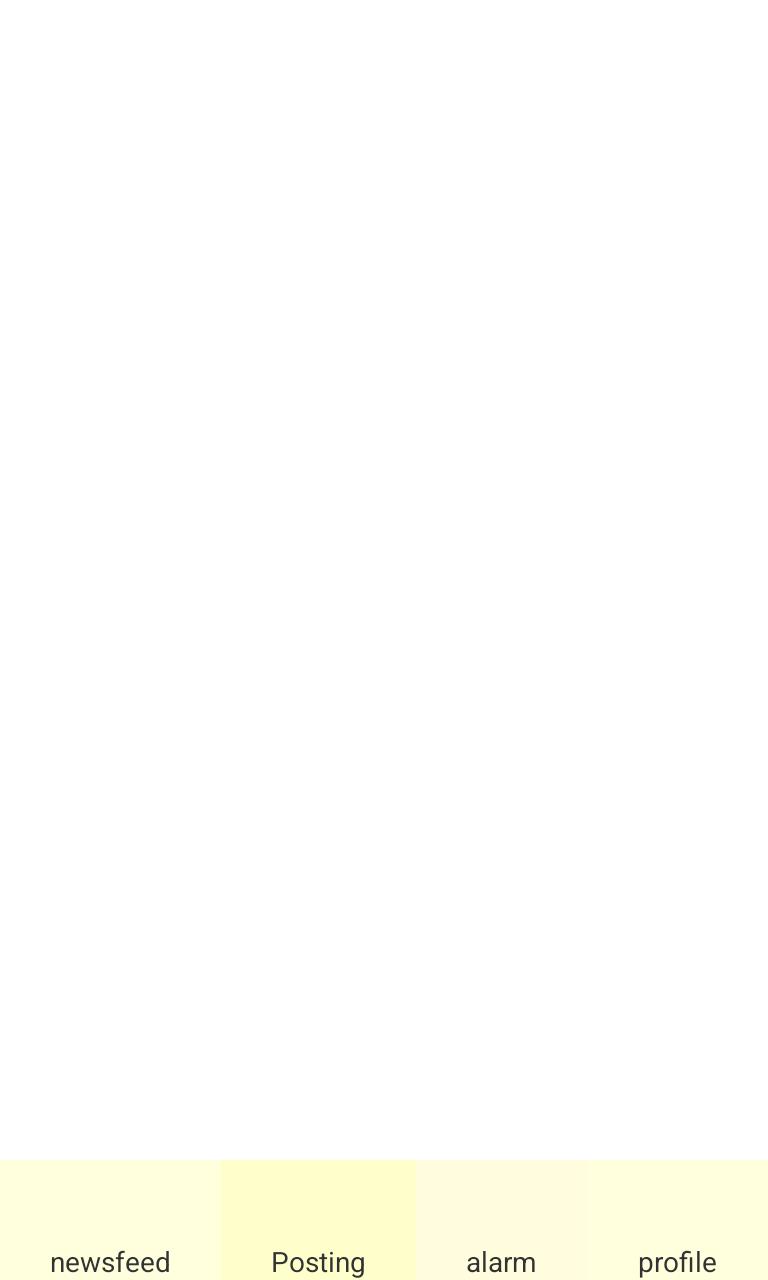
Repository: lay126/fuding_wewe
Layout: fuding_android/FudingAndroid/res/layout/activity_fuding_main.xml
These files come from the project's save history. The layout is drawn as it stood at one moment and after the next save; the edit follows.
It is drawn on a 768 x 1280 px phone screen (xhdpi) without system bars, with theme AppTheme; the app's code is not run. Lists and similar views that code fills are empty.

Above is the layout before, as saved 2015-07-21 07:40:34.

### fuding_android/FudingAndroid/res/layout/activity_fuding_main.xml
<RelativeLayout xmlns:android="http://schemas.android.com/apk/res/android"
    xmlns:tools="http://schemas.android.com/tools"
    android:layout_width="match_parent"
    android:layout_height="match_parent"
    tools:context="wewe.fuding.fudingandroid.FudingMainActivity" >

    <android.support.v4.view.ViewPager
        android:id="@+id/pager"
        android:layout_width="match_parent"
        android:layout_height="match_parent"
        android:layout_above="@+id/LinearLayout1" >
    </android.support.v4.view.ViewPager>

    <LinearLayout
        android:id="@+id/LinearLayout1"
        android:layout_width="wrap_content"
        android:layout_height="60dp"
        android:layout_alignParentBottom="true"
        android:layout_alignParentLeft="true"
        android:layout_alignParentRight="true"
        android:weightSum="4" >

        <RelativeLayout
            android:id="@+id/newsfeed_layout"
            android:layout_width="wrap_content"
            android:layout_height="match_parent"
            android:background="#FFFFDD"
            android:layout_weight="1" >

            <TextView
                android:id="@+id/newsfeed_text"
                android:layout_width="wrap_content"
                android:layout_height="wrap_content"
                android:layout_alignParentBottom="true"
                android:layout_centerHorizontal="true"
                android:text="newsfeed" />
        </RelativeLayout>

        <RelativeLayout
            android:id="@+id/addpost_layout"
            android:layout_width="wrap_content"
            android:layout_height="match_parent"
            android:background="#FFFFCC"
            android:layout_weight="1" >

            <TextView
                android:id="@+id/addpost_text"
                android:layout_width="wrap_content"
                android:layout_height="wrap_content"
                android:layout_alignParentBottom="true"
                android:layout_centerHorizontal="true"
                android:text="Posting" />
        </RelativeLayout>

        <RelativeLayout
            android:id="@+id/alarm_layout"
            android:layout_width="wrap_content"
            android:layout_height="match_parent"
            android:background="#FFFDDD"
            android:layout_weight="1" >

            <TextView
                android:id="@+id/alarm_text"
                android:layout_width="wrap_content"
                android:layout_height="wrap_content"
                android:layout_alignParentBottom="true"
                android:layout_centerHorizontal="true"
                android:text="alarm" />
        </RelativeLayout>

        <RelativeLayout
            android:id="@+id/profile_layout"
            android:layout_width="wrap_content"
            android:layout_height="match_parent"
            android:background="#FFFFDD"
            android:layout_weight="1" >

            <TextView
                android:id="@+id/profile_text"
                android:layout_width="wrap_content"
                android:layout_height="wrap_content"
                android:layout_alignParentBottom="true"
                android:layout_centerHorizontal="true"
                android:text="profile" />
        </RelativeLayout>
    </LinearLayout>

</RelativeLayout>

Loaded but not shown: fuding_android/FudingAndroid/res/values/styles.xml (common file); fuding_android/FudingAndroid/res/values-v11/styles.xml (common file); fuding_android/FudingAndroid/res/values-v14/styles.xml (common file)

After the next save:
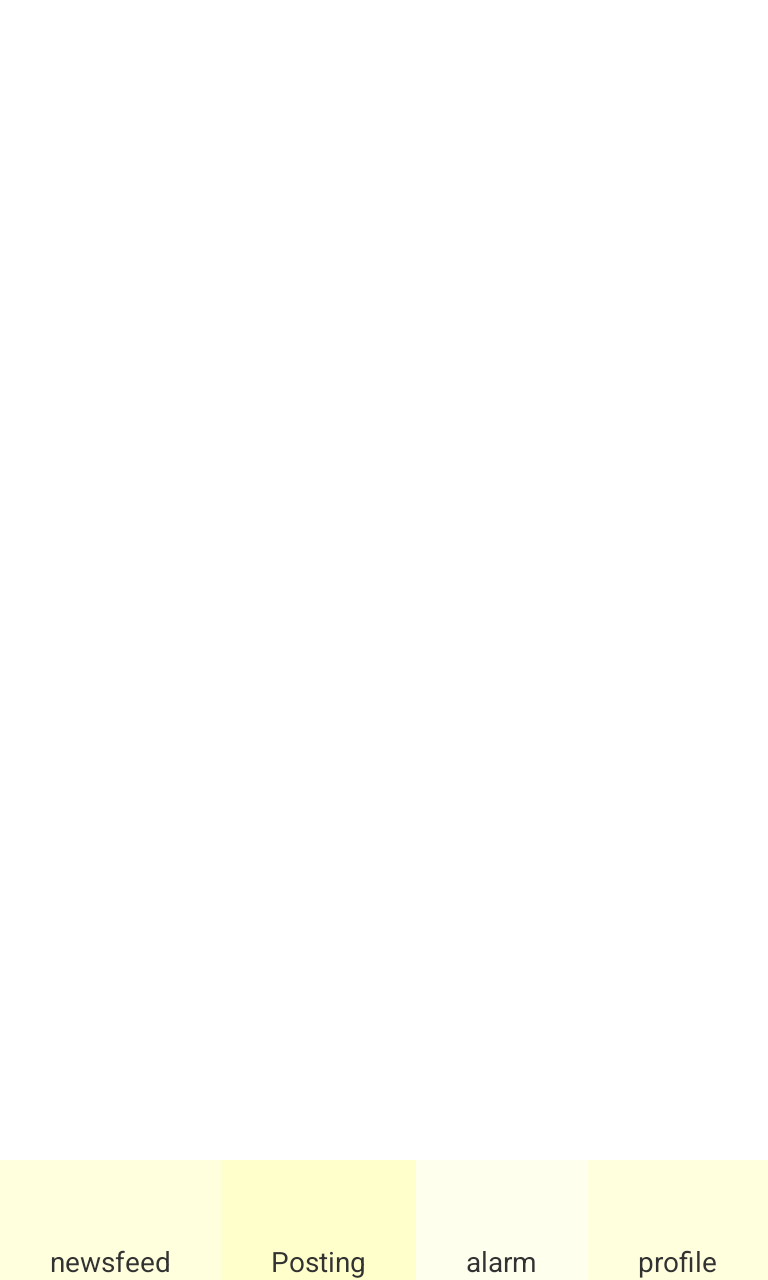
Saved 14 s later.
--- a/fuding_android/FudingAndroid/res/layout/activity_fuding_main.xml
+++ b/fuding_android/FudingAndroid/res/layout/activity_fuding_main.xml
@@ -56,7 +56,7 @@
             android:id="@+id/alarm_layout"
             android:layout_width="wrap_content"
             android:layout_height="match_parent"
-            android:background="#FFFDDD"
+            android:background="#FFFFEE"
             android:layout_weight="1" >
 
             <TextView
